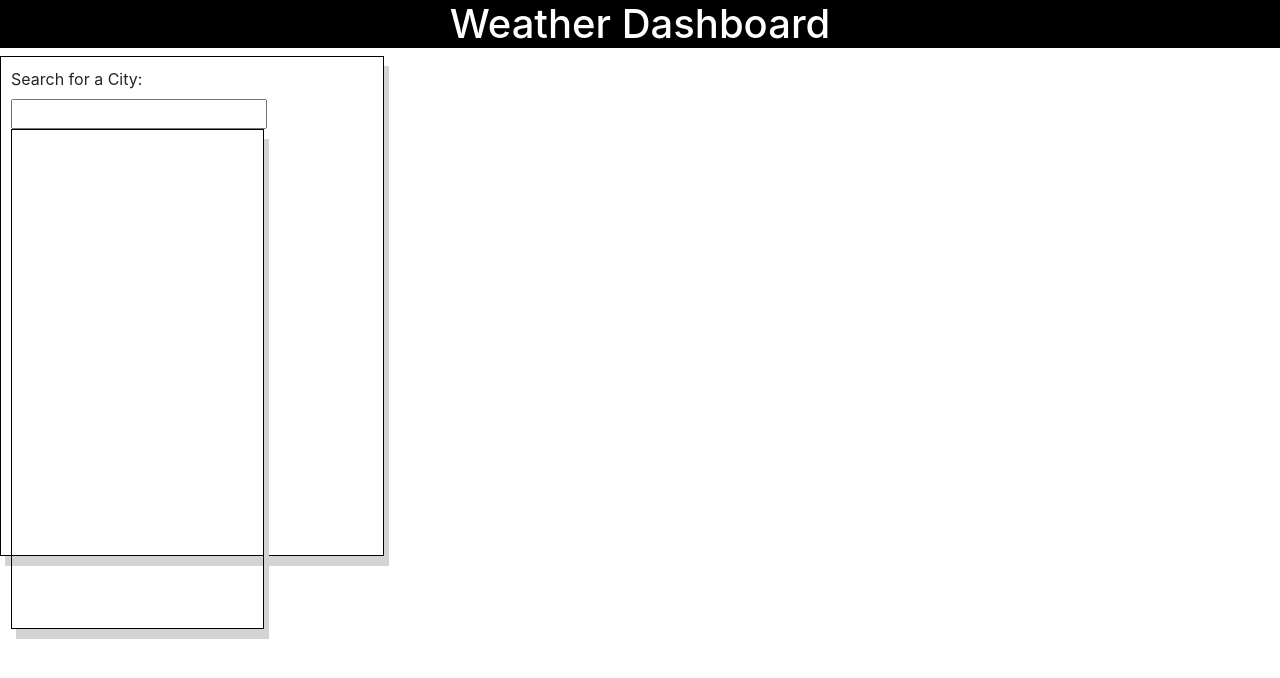
Repository: s88leigh/Weather-Dashboard
Page: index.html
An editor plug-in stored every save of this project. The page is shown before and after the next save, followed by the edit.
The browser window is 1280 px wide. The pictures show the whole page.

Above is the page before, as saved 2019-10-30 20:09:25.

After the next save:
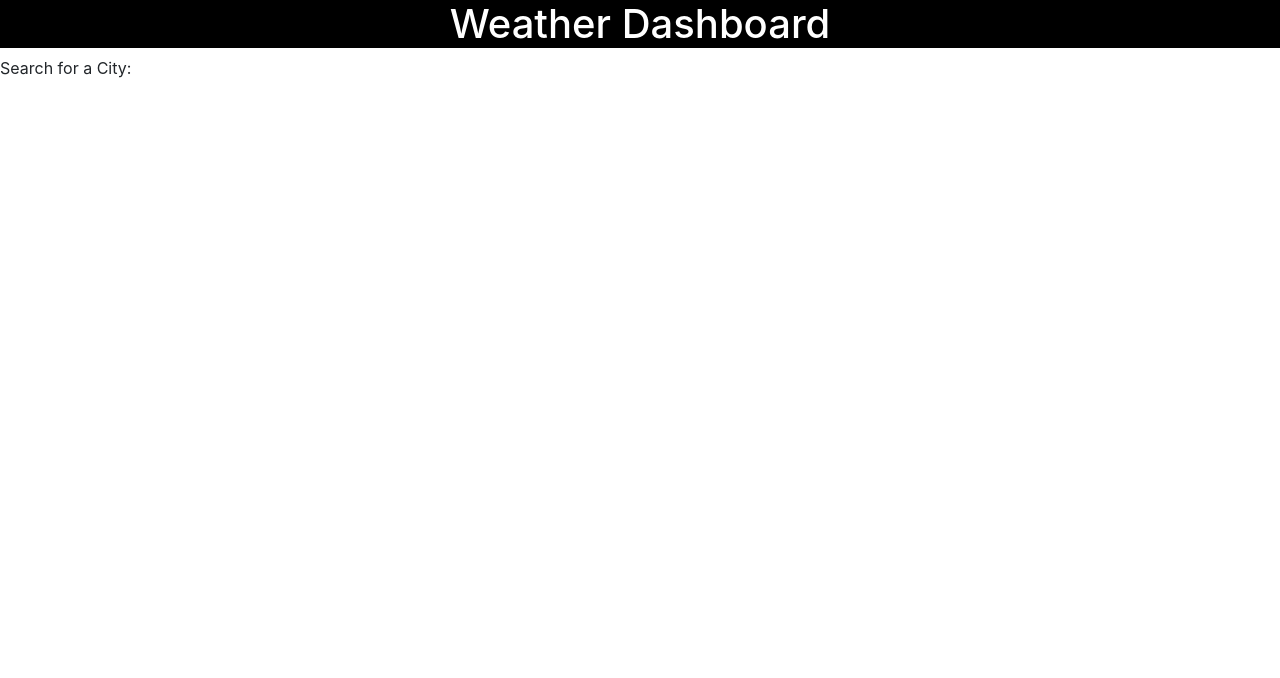
Saved 3 min 52 s later.
--- a/index.html
+++ b/index.html
@@ -14,17 +14,13 @@
         <h1>Weather Dashboard</h1>
     </div>
 
-    <div id="left-box">
-        <label id="search">Search for a City:</label>
-        <input button
-    </div>
-
-    <div id="right-box">
-
+    <div id="left-b0x">
+        <label id="search">Search for a City:</>
 
     </div>
 
 
 
+
 </body>
 </html>
